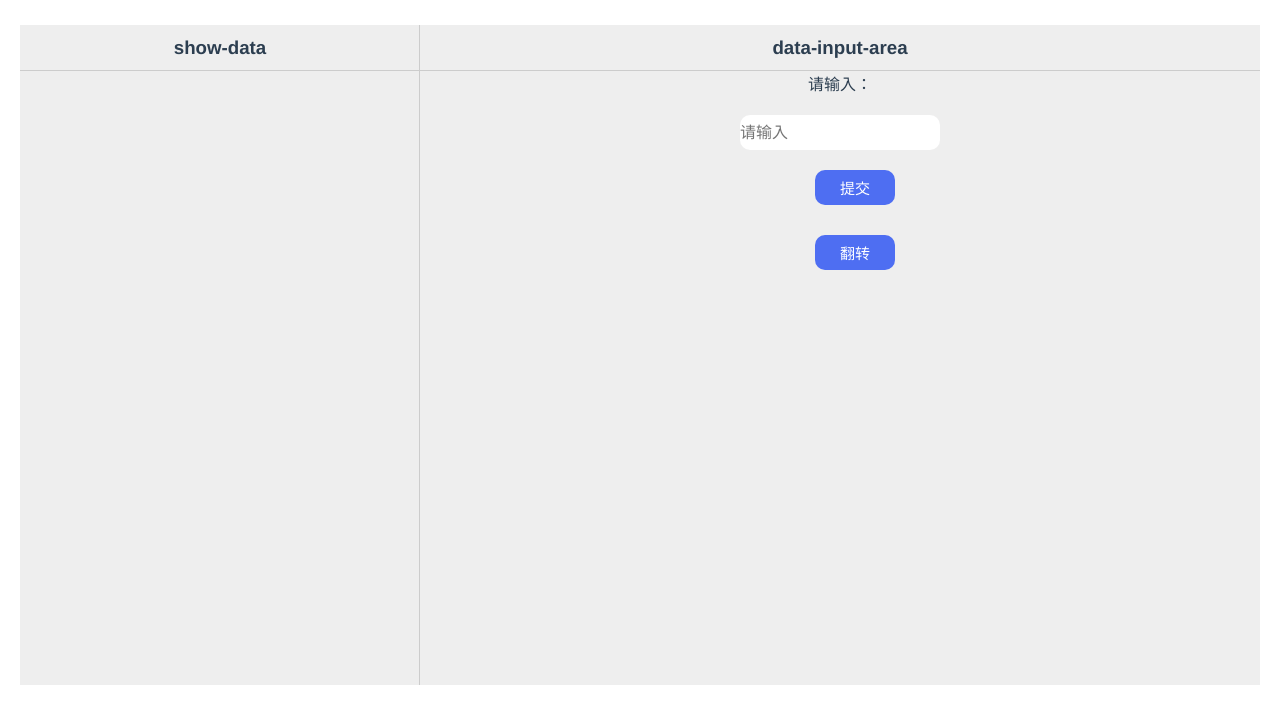
Repository: z-xy-git/demofirst
Page: /home/reverseShowData
The author's editor kept a copy of each file at every save. The page is drawn from the files as they stood at one save, then again after the next save.
The browser window is 1280 px wide. The pictures show the whole page.
The project was rebuilt for these pictures with package versions that can differ from the ones it lists, and the page was loaded fresh each time.

Above is the page before, as saved 2021-03-01 15:39:32.

After the next save:
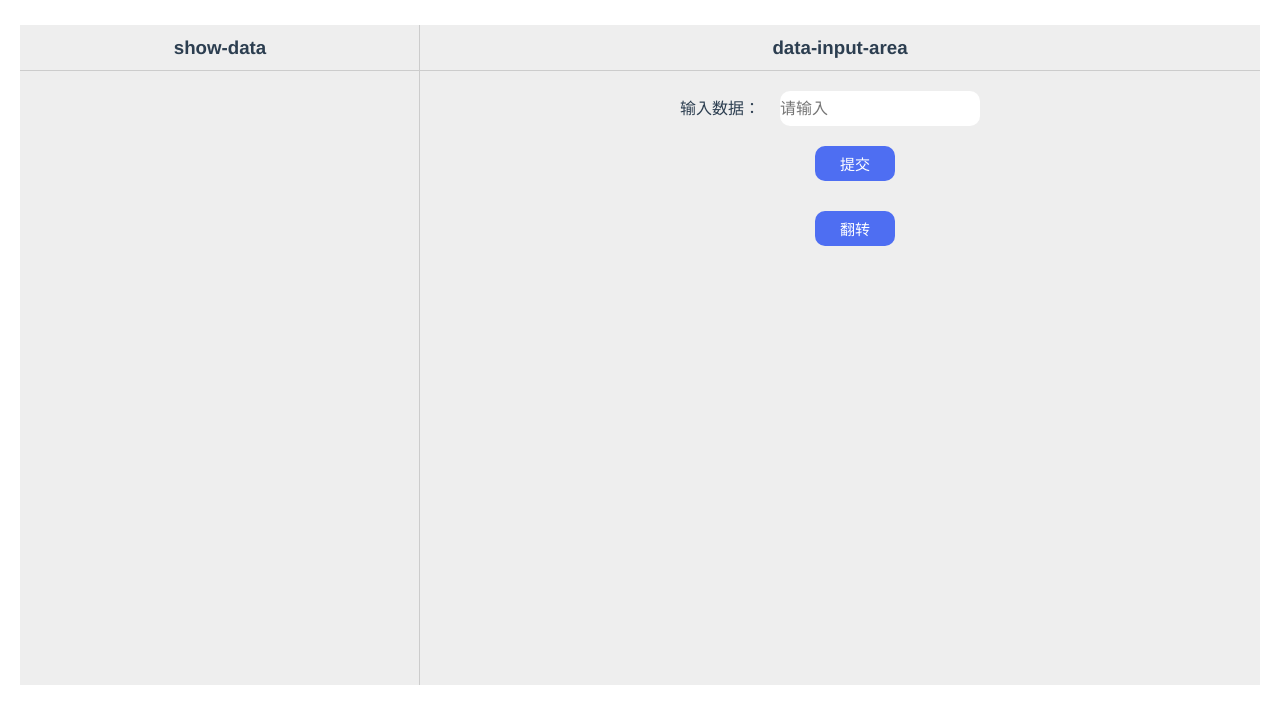
Saved 33 s later.
--- a/src/views/Home.vue
+++ b/src/views/Home.vue
@@ -7,7 +7,7 @@
     <div class="right">
       <div class="right-title"><h3>data-input-area</h3></div>
       <div class="right-input">
-        <p>请输入：</p>
+        <span>输入数据：</span>
         <input type="text" v-model="inputData"
           placeholder="请输入"
           class="input-style"
